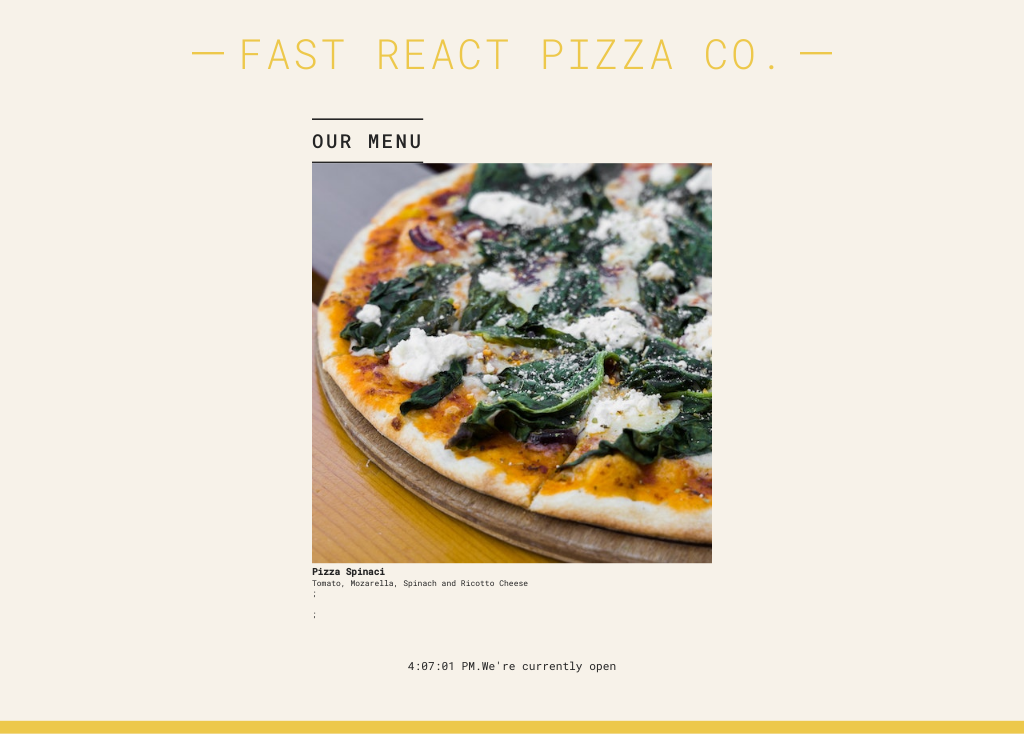
Repository: Aaryan-Poria/pizza-menu
Page: /
An editor plug-in stored every save of this project. The page is shown before and after the next save, followed by the edit.
The browser window is 1280 px wide. The pictures show the whole page, at 80% of full size.
The project was rebuilt for these pictures with package versions that can differ from the ones it lists, and the page was loaded fresh each time.

Above is the page before, as saved 2023-10-10 21:32:33.

### src/index.js
import React from "react";
import ReactDOM from "react-dom/client";
import "./index.css";

const pizzaData = [
  {
    name: "Focaccia",
    ingredients: "Bread with italian olive oil and rosemary",
    price: 6,
    photoName: "pizzas/focaccia.jpg",
    soldOut: false,
  },
  {
    name: "Pizza Margherita",
    ingredients: "Tomato and mozarella",
    price: 10,
    photoName: "pizzas/margherita.jpg",
    soldOut: false,
  },
  {
    name: "Pizza Spinaci",
    ingredients: "Tomato, mozarella, spinach, and ricotta cheese",
    price: 12,
    photoName: "pizzas/spinaci.jpg",
    soldOut: false,
  },
  {
    name: "Pizza Funghi",
    ingredients: "Tomato, mozarella, mushrooms, and onion",
    price: 12,
    photoName: "pizzas/funghi.jpg",
    soldOut: false,
  },
  {
    name: "Pizza Salamino",
    ingredients: "Tomato, mozarella, and pepperoni",
    price: 15,
    photoName: "pizzas/salamino.jpg",
    soldOut: true,
  },
  {
    name: "Pizza Prosciutto",
    ingredients: "Tomato, mozarella, ham, aragula, and burrata cheese",
    price: 18,
    photoName: "pizzas/prosciutto.jpg",
    soldOut: false,
  },
];

function App() {
  return (
    <div className="container">
      <Header />
      <Menu />
      <Footer />
    </div>
  );
}

function Header() {
  const style = {}; // A JS Object
  return (
    <header className="header">
      <h1 style={style}>Fast React Pizza Co.</h1>
    </header>
  ); // CSS in JSX is an object. We have another {} to basically enter JS Mode
}
function Menu() {
  return (
    <main className="menu">
      <div>
        <h2> Our Menu</h2>
        <Pizza
          name="Pizza Spinaci"
          ingredients="Tomato, Mozarella, Spinach and
        Ricotto Cheese"
          photoName="pizzas/spinaci.jpg"
          price="10"
        />
        <Pizza />
      </div>
    </main>
  );
}

function Pizza(props) {
  // Receiving props (Properties in function)
  console.log(props);
  return (
    <div>
      <img src={props.photoName} alt={props.name}></img>
      <h3>{props.name}</h3>
      <p>{props.ingredients}</p>;
    </div>
  );
}

function Footer() {
  const hour = new Date().getHours();
  const openingHour = 8;
  const closingHour = 23;

  const isOpen = hour >= openingHour && hour <= closingHour;
  console.log(isOpen);

  return (
    <footer className="footer">
      {new Date().toLocaleTimeString()}.We're currently open
    </footer>
  );
}

// React Version 18 and further
const root = ReactDOM.createRoot(document.getElementById("root"));
root.render(
  <React.StrictMode>
    <App />
  </React.StrictMode>
);

Loaded but not shown: public/index.html (common file); src/index.css (common file)

After the next save:
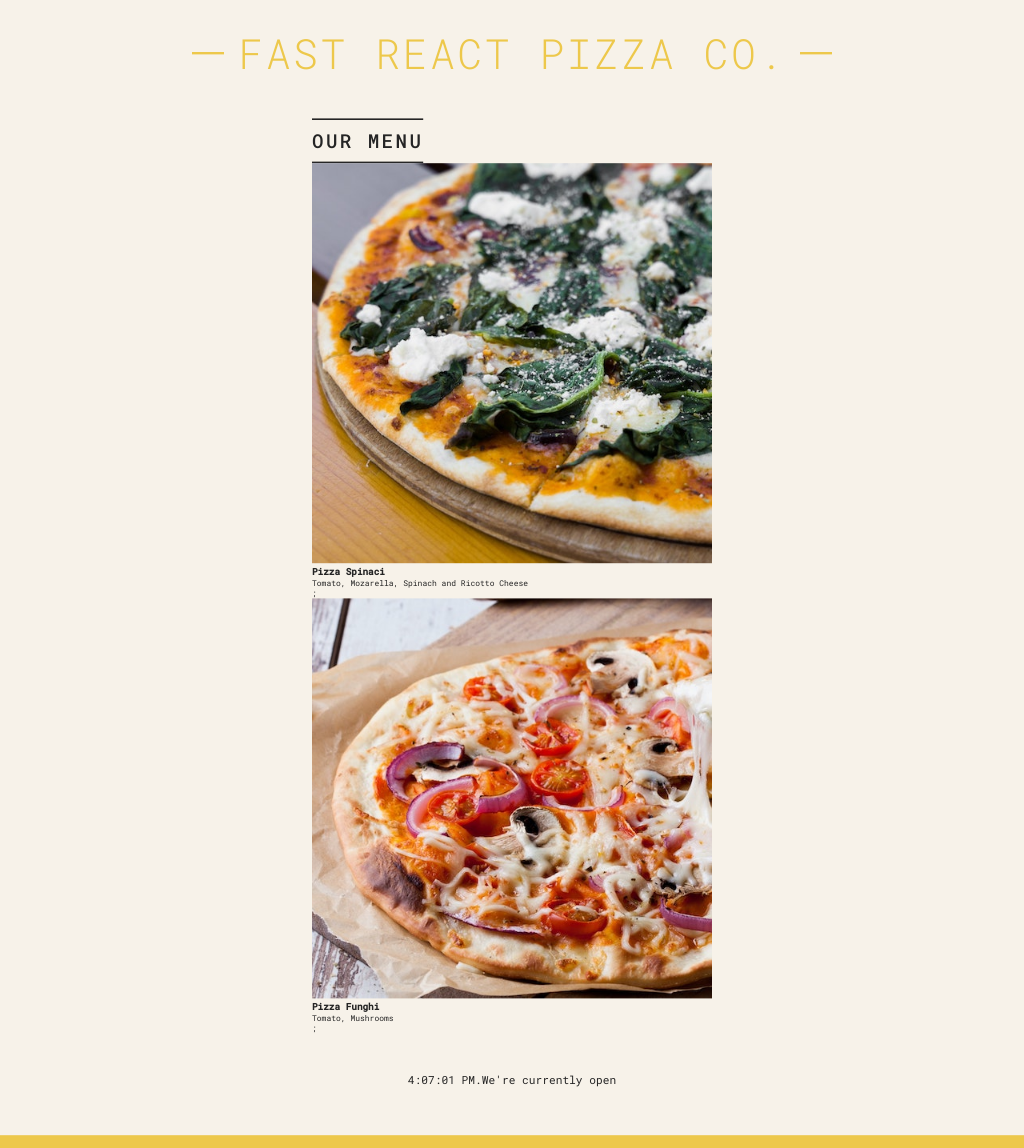
Saved 76 s later.
--- a/src/index.js
+++ b/src/index.js
@@ -77,7 +77,12 @@ function Menu() {
           photoName="pizzas/spinaci.jpg"
           price="10"
         />
-        <Pizza />
+        <Pizza
+          name="Pizza Funghi"
+          ingredients="Tomato, Mushrooms"
+          price="12"
+          photoName="pizzas/funghi.jpg"
+        />
       </div>
     </main>
   );
